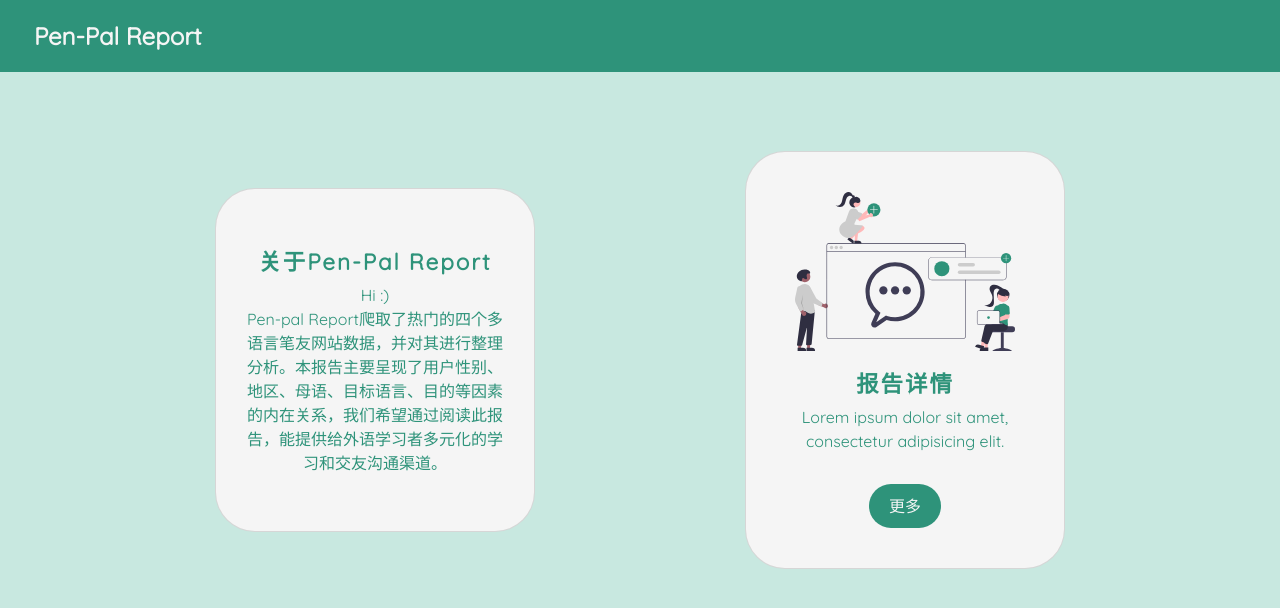
Repository: warrior1803-wang/penpal-report
Page: dist/index.html
An editor plug-in stored every save of this project. The page is shown before and after the next save, followed by the edit.
The browser window is 1280 px wide. The pictures show the whole page.

Above is the page before, as saved 2021-07-03 01:11:43.

After the next save:
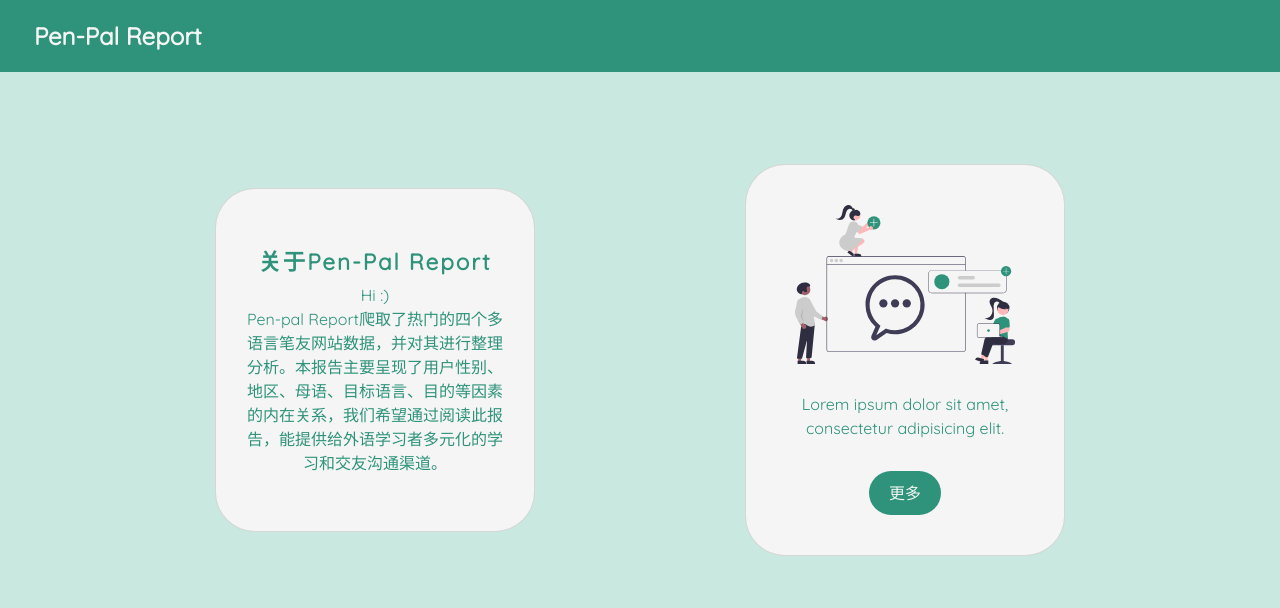
Saved 7 s later.
--- a/dist/index.html
+++ b/dist/index.html
@@ -28,7 +28,7 @@
       <img src="img/friends.svg" alt="">
     </div>
     <div class="contentBx">
-      <h2>报告详情</h2>
+      <h2></h2>
         <p>Lorem ipsum dolor sit amet, consectetur adipisicing elit.</p>
       <a href="#"><span>更多</span></a>
     </div>

After the save that followed:
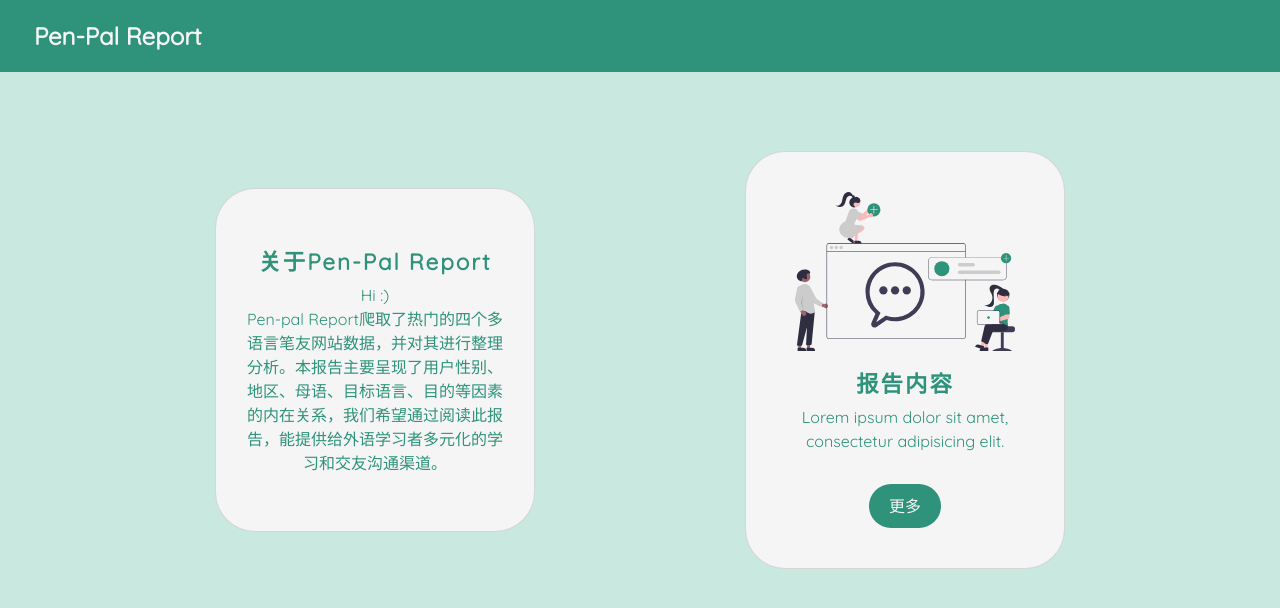
Saved 4 s later.
--- a/dist/index.html
+++ b/dist/index.html
@@ -28,7 +28,7 @@
       <img src="img/friends.svg" alt="">
     </div>
     <div class="contentBx">
-      <h2></h2>
+      <h2>报告内容</h2>
         <p>Lorem ipsum dolor sit amet, consectetur adipisicing elit.</p>
       <a href="#"><span>更多</span></a>
     </div>
